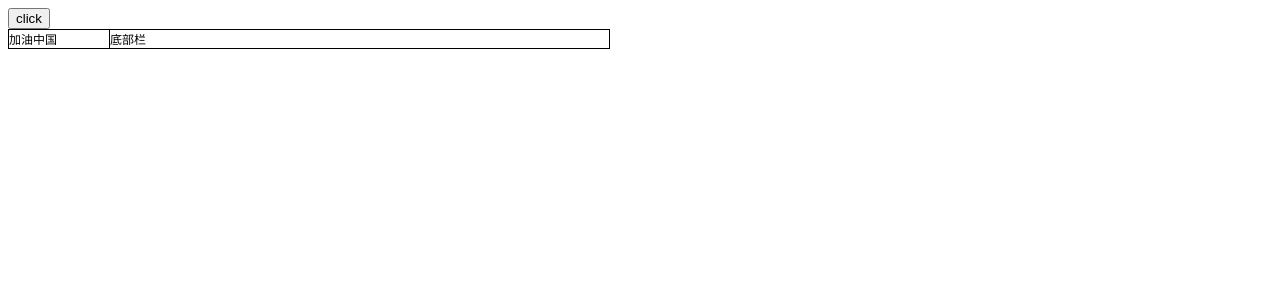
Repository: 572031690/newvue
Page: 学习demo/test.html
An editor plug-in stored every save of this project. The page is shown before and after the next save, followed by the edit.
The browser window is 1280 px wide. The pictures show the whole page.

Above is the page before, as saved 2021-08-10 14:55:33.

After the next save:
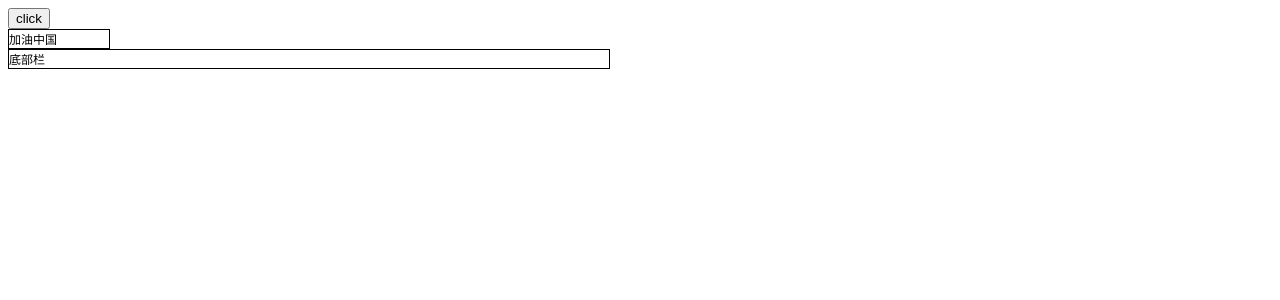
Saved 12 s later.
--- a/学习demo/test.html
+++ b/学习demo/test.html
@@ -21,7 +21,7 @@
             <!-- </ul> -->
             <div>
               <div style="border: 1px solid black;width: 100px;float: left;">加油中国</div>
-              <div style="border: 1px solid black;width: 600px;">底部栏</div>
+              <div style="border: 1px solid black;width: 600px;clear: both;">底部栏</div>
 
             </div>
 
